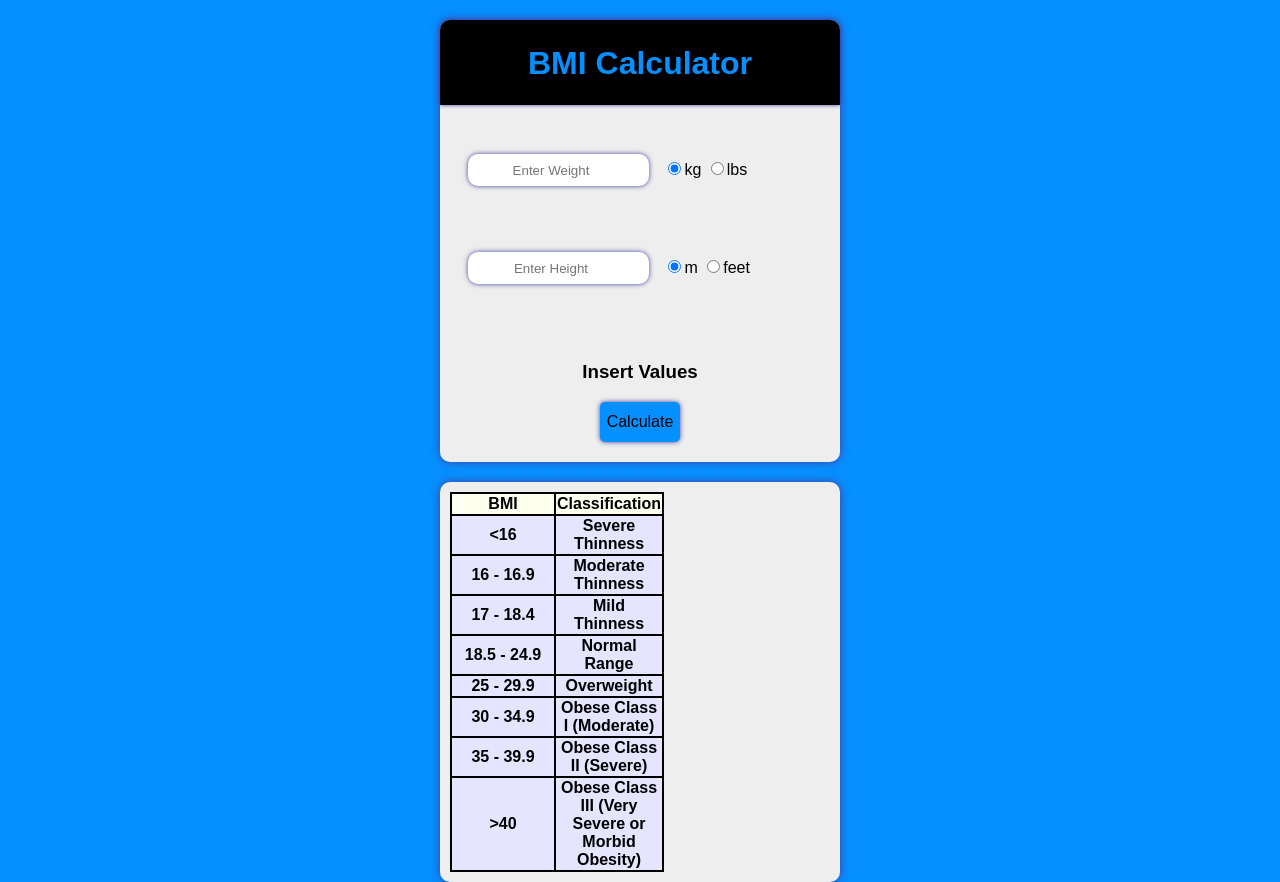
Repository: shayanabedi98/bmi-calculator
Page: index.html
An editor plug-in stored every save of this project. The page is shown before and after the next save, followed by the edit.
The browser window is 1280 px wide. The pictures show the whole page.

Above is the page before, as saved 2023-07-24 16:27:52.

After the next save:
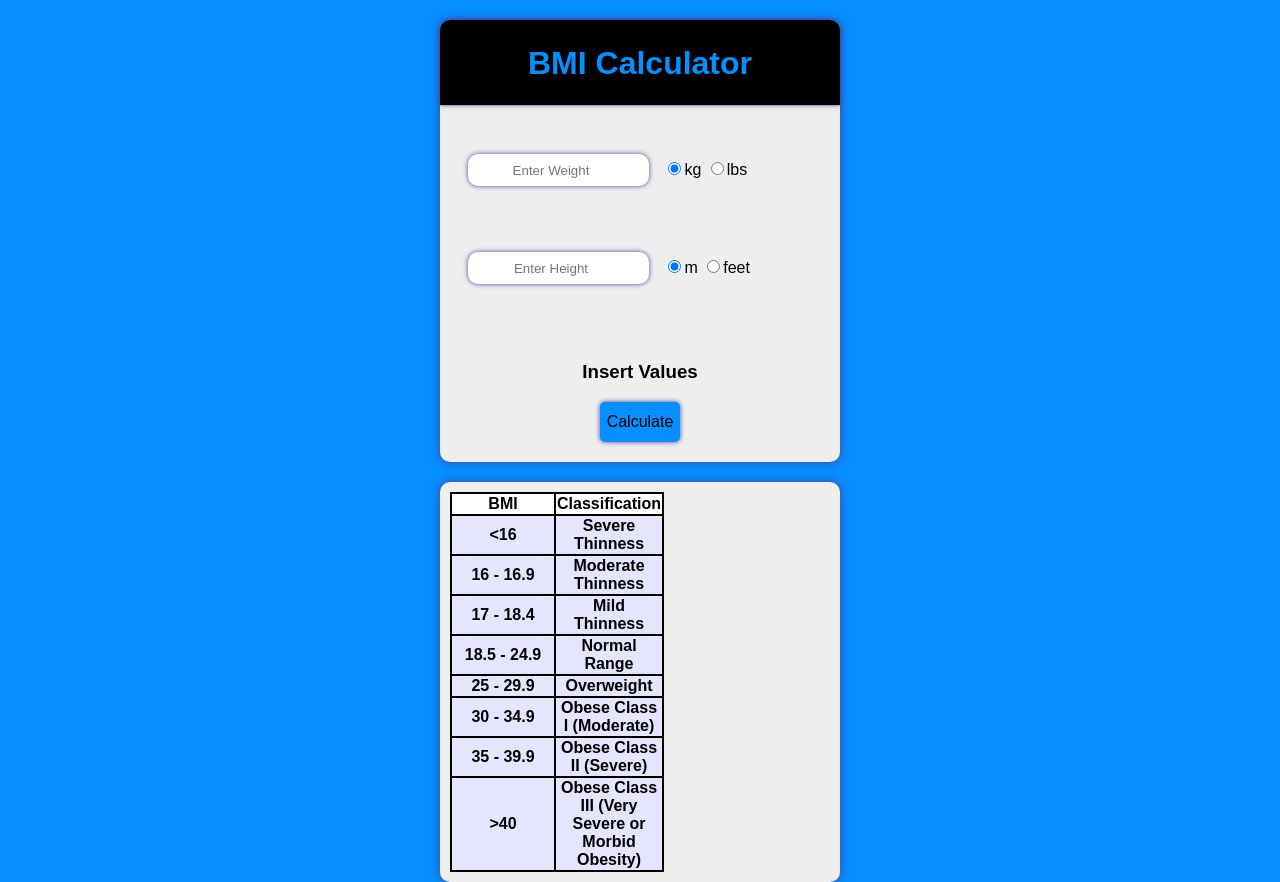
Saved 4 s later.
--- a/index.html
+++ b/index.html
@@ -30,7 +30,7 @@
         <div class="card chart">
             <div class="bmi-chart">
                 <table bgcolor='black'>
-                    <tr bgcolor="#fffff" align="center">
+                    <tr bgcolor="#ffffff" align="center">
                         <th width="100">BMI</th>
                         <th width="100">Classification</th>
                     </tr>
